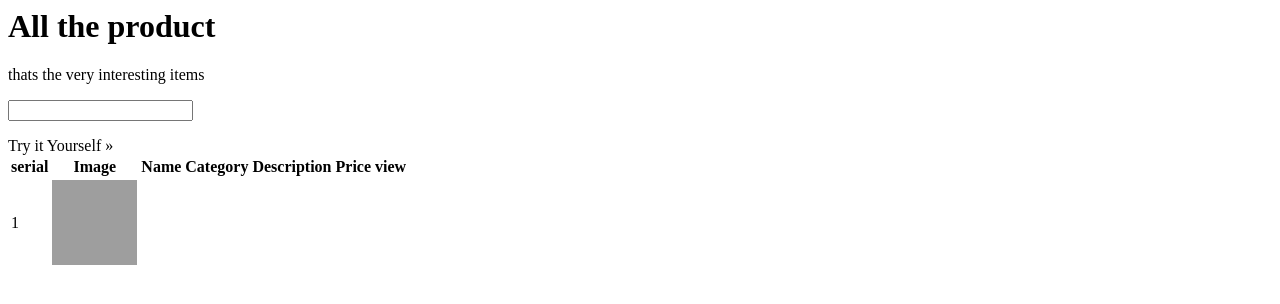
Repository: sanjeevkdp/workspace
Page: http://localhost/WebProject/WEB-INF/views/product.jsp
These files come from the project's save history. The page is drawn as it stood at one moment and after the next save; the edit follows.
The browser window is 1280 px wide. The pictures show the whole page.
Pictures or frames that could not be fetched are drawn as grey boxes. The page is served by Tomcat 9. Nobody is signed in. The template is opened directly, without the code that normally fills it, so the values that code supplies are empty.

Above is the page before, as saved 2016-08-20 06:45:28.

After the next save:
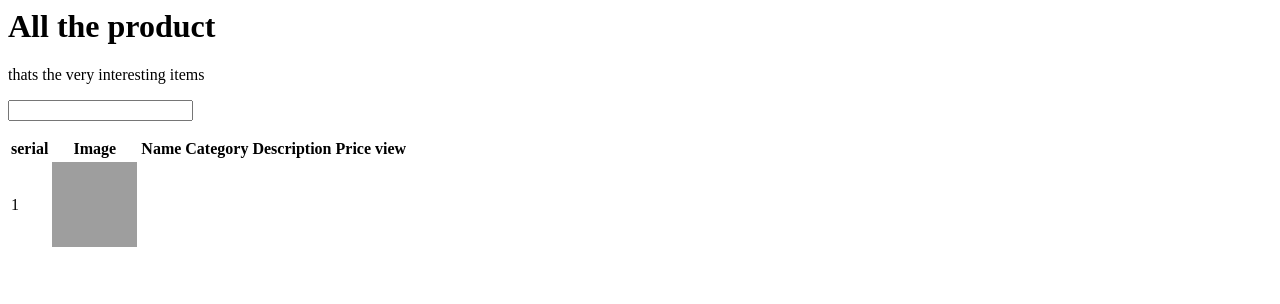
Saved 8 s later.
--- a/workspace/org.eclipse.wst.server.core/tmp0/wtpwebapps/WebProjectFrontEnd/META-INF/maven/com.niit/WebProject/src/main/webapp/WEB-INF/views/product.jsp
+++ b/workspace/org.eclipse.wst.server.core/tmp0/wtpwebapps/WebProjectFrontEnd/META-INF/maven/com.niit/WebProject/src/main/webapp/WEB-INF/views/product.jsp
@@ -14,7 +14,7 @@
 			<form>
               <input type="search" name="">
                </form>
-Try it Yourself »
+
 
 			<table class="table table-striped table-hover">
 				<thead>
